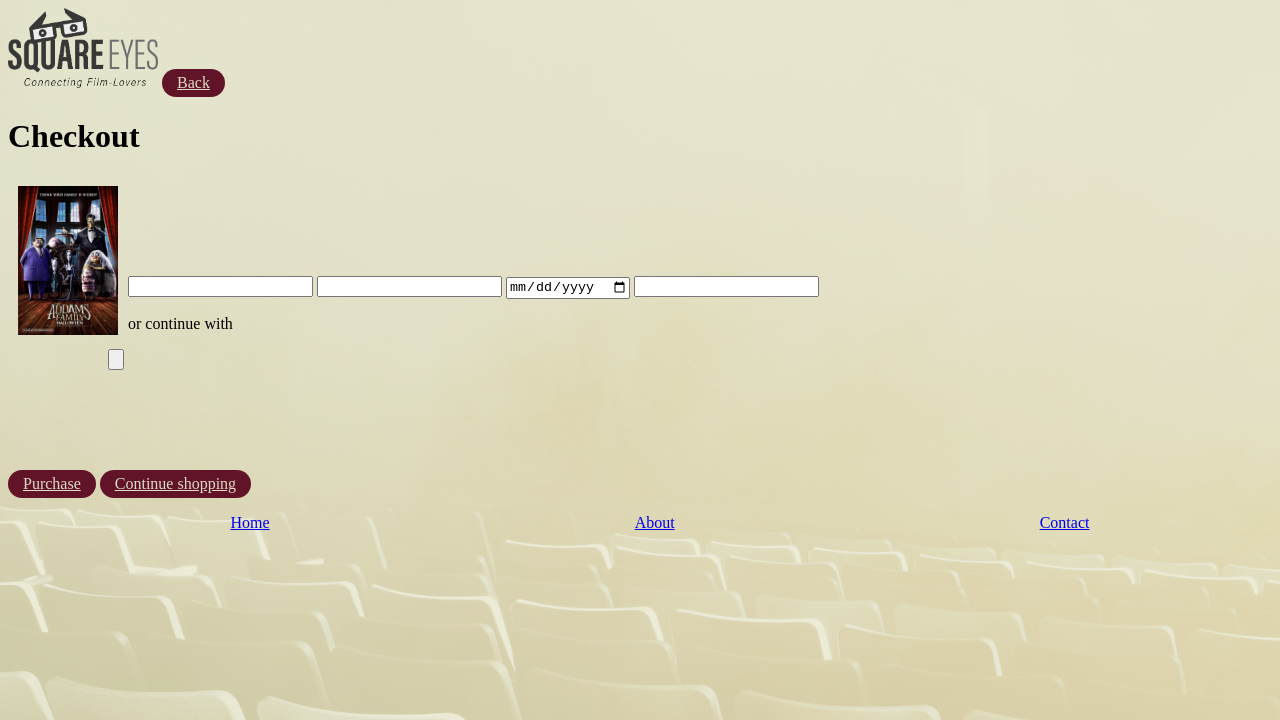
Repository: Noroff-FEU-Assignments/cross-course-project-Bekkholt
Page: checkout.html
An editor plug-in stored every save of this project. The page is shown before and after the next save, followed by the edit.
The browser window is 1280 px wide. The pictures show the whole page.

Above is the page before, as saved 2022-10-31 12:03:56.

### checkout.html
<!DOCTYPE html>
<html>
  <head>
    <title>Square Eyes | Checkout</title>
    <meta name="description" content="Square Eyes - Connecting film lovers." />
    <meta name="viewport" content="width=device-width, initial-scale=1" />
    <link href="css/index.css" rel="stylesheet">
  </head>
  <body>
    <header>
      <section>
      <a href="index.html"><img class="logo" src="images/SquareEyes_Logo.png" alt="Square Eyes logo"></a>
      <a href="index.html" class="cta">Back</a>
      </section>
    </header>
    <main>
    <h1>Checkout</h1>
    <a href="product-specific.html"><img class="addams" src="images/Square_Eyes_Cover6.jpeg" alt="The Addams Family - Halloween"></a>
    <form action="submit.php" method="post">
    <input type="text" name="fullname" />
    <input type="number" name="cardnumber" />
    <input type="date" name="experydate" />
    <input type="number" name="CCV" />
    <p>or continue with</p>
    <input type="button" name="paypal" />
    </form>
    <a href="checkout-success.html" class="cta">Purchase</a>
    <a href="product-list.html" class="cta">Continue shopping</a>
  </main>
  <footer>
    <nav>
      <ul>
        <li><a href="index.html">Home</a></li>
        <li><a href="about.html">About</a></li>
        <li><a href="contact.html">Contact</a></li>
      </ul>
    </nav>
  </footer>
  </body>
</html>

### css/index.css
html {
    background: url(../images/alex-avalos-dnUNjIUCg5c-unsplash.jpg);
    background-size: cover;
    background-repeat: no-repeat;
    background-blend-mode:soft-light;
    background-color: #ddddc5;
    min-height: 100%;
    text-align: left;
}

form {
    padding: 100px;
    color: black;
}

.hobbs, .godzilla, .batman,
.toy-story, .addams, .sweetheart, .hollywood, .scream, .director_photo {
    max-width: 100px;
    float: left;
    margin: 10px;
    flex-direction: row;
    justify-content: space-around;
}

.halloween, .girls {
    border-radius: 30px;
    float: left;
    margin: 40px;
    max-width: 200px;
    justify-content: space-around;
}

.cta {
    background-color: #611428;
    color: #ddddc5;
    padding: 5px 15px 5px 15px;
    border-radius: 50px;
    position: relative;
    display: inline-block;
}

.logo {
    max-width: 150px;
}

ul {
    display: flex;
    list-style: none;
    justify-content: space-around;
}

After the next save:
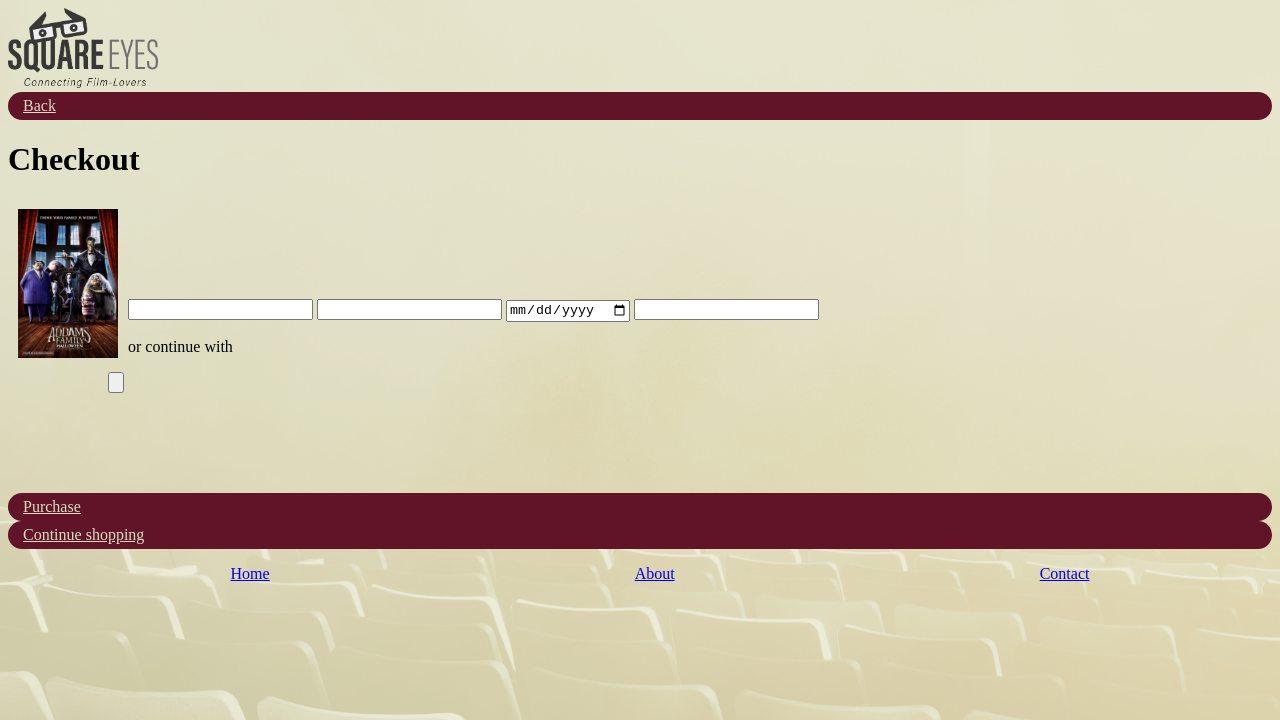
Saved 27 min 36 s later.
--- a/css/index.css
+++ b/css/index.css
@@ -36,7 +36,8 @@
     padding: 5px 15px 5px 15px;
     border-radius: 50px;
     position: relative;
-    display: inline-block;
+    display: flex;
+    flex-direction: row;
 }
 
 .logo {
